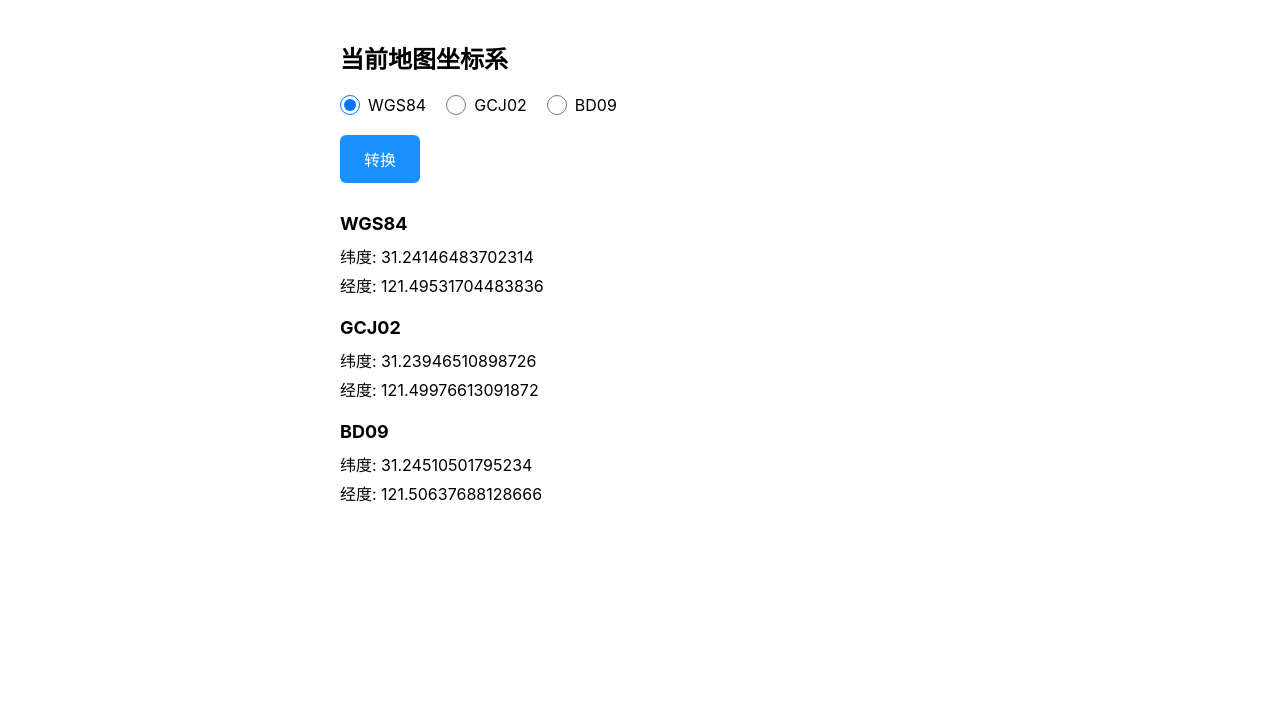
Repository: 1242128273wangpeng/MapTransformTools
Page: popup.html
These files come from the project's save history. The page is drawn as it stood at one moment and after the next save; the edit follows.
The browser window is 1280 px wide. The pictures show the whole page.

Above is the page before, as saved 2025-01-19 15:01:56.

After the next save:
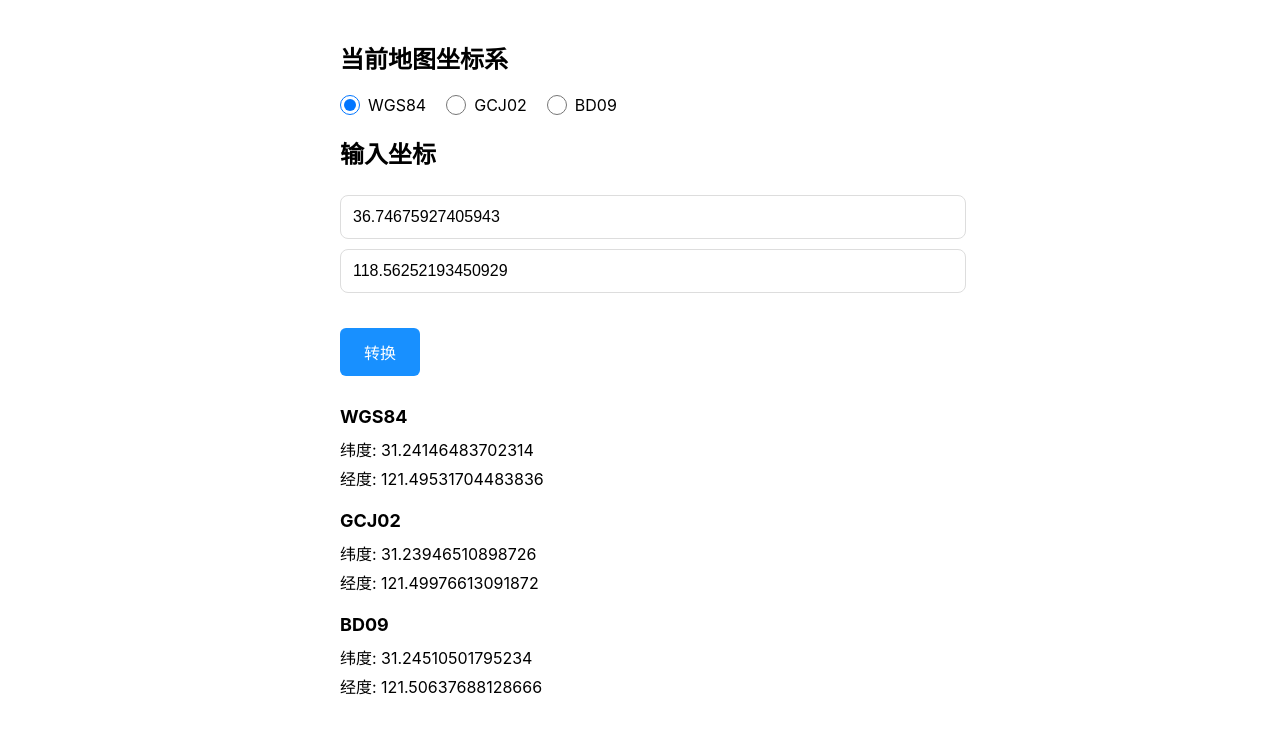
Saved 30 s later.
--- a/popup.html
+++ b/popup.html
@@ -92,6 +92,12 @@
       </div>
     </div>
 
+    <div class="input-section">
+      <h2>输入坐标</h2>
+      <input type="text" class="coordinate-input" value="36.74675927405943">
+      <input type="text" class="coordinate-input" value="118.56252193450929">
+    </div>
+
     <button class="convert-btn">转换</button>
 
     <div class="result-section">
